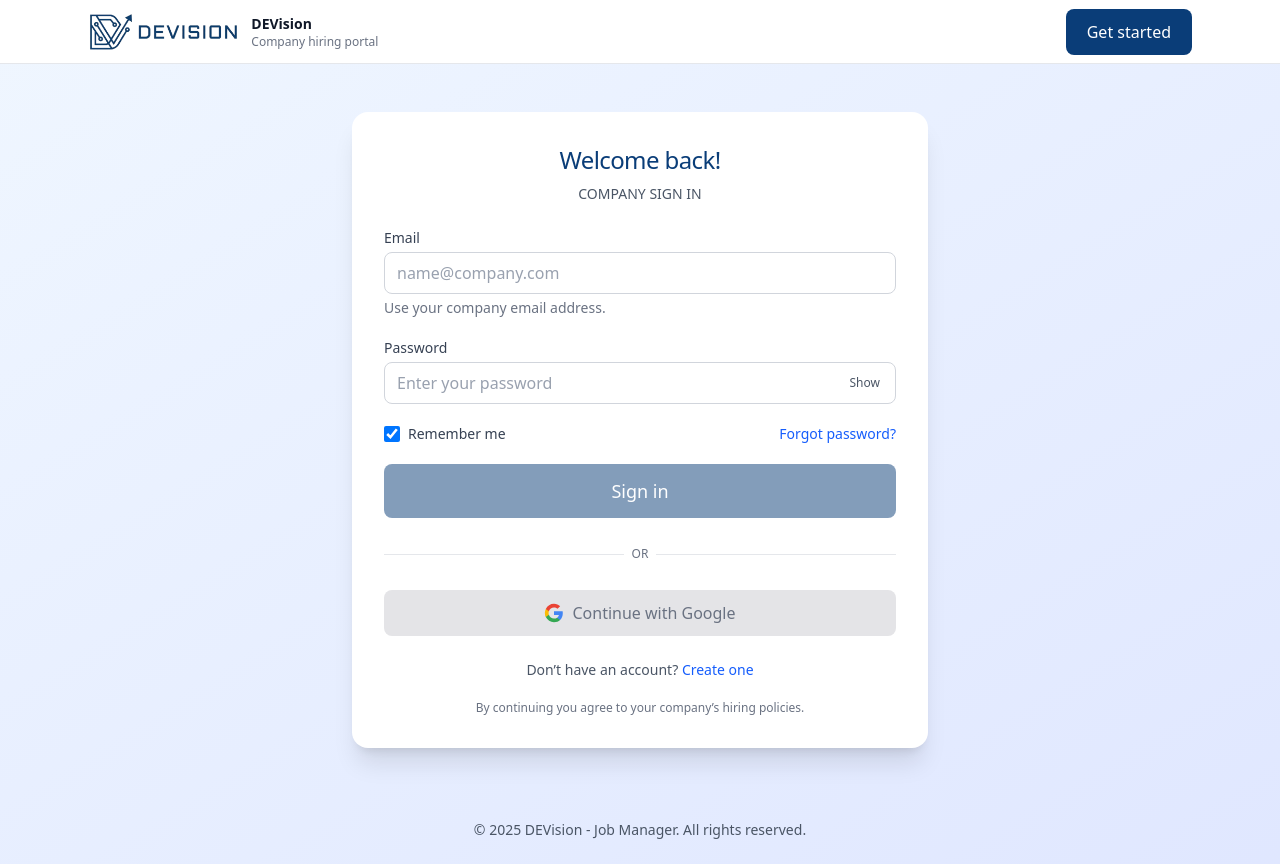
Repository: ISYS3461-2025C-Mulan-DEVision/JobManager_FE
Page: /login
These files come from the project's save history. The page is drawn as it stood at one moment and after the next save; the edit follows.
The browser window is 1280 px wide. The pictures show the whole page.
The page's requests for data from a server got no answer. The project was rebuilt for these pictures with package versions that can differ from the ones it lists, and the page was loaded fresh each time. No one was signed in, and anything a server would have sent is missing. Also part of the build but not shown: vite.config.js, src/components/ui/Card/Card.tsx, src/components/ui/Spinner/Spinner.tsx, src/components/ui/Alert/Alert.tsx, src/pages/Home.tsx, src/components/headless/Table/Table.tsx, src/components/headless/Modal/Modal.tsx, src/components/feature/Authentication/CompanySignup/CompanySignupForm.tsx and 4 more.

Above is the page before, as saved 2025-12-12 16:04:42.

### index.html
<!doctype html>
<html lang="en">
  <head>
    <meta charset="UTF-8" />
    <link rel="icon" type="image/svg+xml" href="/logo/logo-icon.png" />
    <meta name="viewport" content="width=device-width, initial-scale=1.0" />
    <title>jobmanager-fe</title>
  </head>
  <body>
    <div id="root"></div>
    <script type="module" src="/src/main.jsx"></script>
  </body>
</html>

### src/main.tsx
import React, { StrictMode } from "react";
import { createRoot } from "react-dom/client";
import "./index.css";
import { BrowserRouter } from "react-router-dom";
import App from "./App.js";
import { Provider } from "react-redux";
import store from "./store/index.js";

const container = document.getElementById("root")!;
if (!container) {
    throw new Error("Root container not found");
} else {
    createRoot(container).render(
        <StrictMode>
            <Provider store={store}>
                <BrowserRouter>
                    <App />
                </BrowserRouter>
            </Provider>
        </StrictMode>,
    );
}

### src/index.css
@import "tailwindcss";

@theme {
  --color-heading: #0A3D78;
  --color-dark-blue: #1E293B;
  --color-background: #F8FAFC;
  --color-filled-button: #0A3D78;
}

html,
body {
    height: 100%;
}

:root {
    font-family: system-ui, -apple-system, Segoe UI, Roboto, Helvetica, Arial, sans-serif;
    line-height: 1.5;
    font-weight: 400;
    font-synthesis: none;
    text-rendering: optimizeLegibility;
    -webkit-font-smoothing: antialiased;
    -moz-osx-font-smoothing: grayscale;
}

body {
    margin: 0;
    min-width: 320px;
    min-height: 100vh;
    background: var(--color-background-color);
    color: #0f172a;
}


/* button {
    border-radius: 8px;
    border: 1px solid transparent;
    padding: 0.6em 1.2em;
    font-size: 1em;
    font-weight: 500;
    font-family: inherit;
    background-color: #1a1a1a;
    cursor: pointer;
    transition: border-color 0.25s;
}
button:hover {
    border-color: #646cff;
}
button:focus,
button:focus-visible {
    outline: 4px auto -webkit-focus-ring-color;
} */

### src/App.tsx
import { Routes, Route } from "react-router-dom";
import Home from "./pages/Home";
import LoginPage from "./pages/LoginPage";
import RegistrationPage from "./pages/RegistrationPage";
import AppHeader from "./components/common/AppHeader";

function App() {
    return (
        <div className="min-h-screen bg-background">
            <AppHeader />
            <main>
                <Routes>
                    <Route path="/" element={<Home />} />
                    <Route path="/login" element={<LoginPage />} />
                    <Route path="/register" element={<RegistrationPage />} />
                </Routes>
            </main>
        </div>
    );
}

export default App;

### src/store/index.ts
import configureStore from "./configureStore";
const store = configureStore();
export default store;

### src/pages/LoginPage.tsx
import React from "react";
import { CompanyLogin } from "../components/feature/Authentication/CompanyLogin";
import AuthLayout from "../layout/AuthLayout";

export default function LoginPage() {
    return (
        <AuthLayout>
            <CompanyLogin />
        </AuthLayout>
    );
}

### src/store/configureStore.ts
import { createStore, applyMiddleware, Store } from "redux";
import { createLogger } from "redux-logger";
import createSagaMiddleware from "redux-saga";
import { enableBatching } from "redux-batched-actions";
import createReducer from "./reducers";
import rootSaga from "./saga";

const configureStore = (initialState = {}): Store => {
    const rootReducer = createReducer();
    const sagaMiddleware = createSagaMiddleware();

    const middlewares = [sagaMiddleware];

    const isDev = import.meta.env.VITE_NODE_ENV === "development";

    if (isDev) {
        const loggerMiddleware = createLogger({
            collapsed: () => true,
        });
        (middlewares as any[]).push(loggerMiddleware);
    }

    const store = createStore(
        enableBatching(rootReducer),
        initialState,
        applyMiddleware(...middlewares),
    );

    sagaMiddleware.run(rootSaga);

    return store;
};

export default configureStore;

### src/components/ui/index.ts
// UI Components - Presentational components with styling
export * from "./Button";
export * from "./Input";
export * from "./Card";
export * from "./Spinner";
export * from "./Alert";
export * from "./GoogleLogo";

### src/components/feature/Authentication/CompanyLogin/index.ts
export { CompanyLogin } from "./CompanyLogin";

### src/store/reducers.ts
import { combineReducers } from "redux";
import { reducers } from "../redux";
import _ from "lodash";

const appReducer = combineReducers(reducers);
export default function createReducer() {
    const rootReducer = (state, action) => {
        if (action.type === "FORCE_UPDATE_GLOBAL_STATE") {
            return appReducer(_.cloneDeep(action.payload), action as never);
        }
        return appReducer(state, action as never);
    };

    return rootReducer;
}

### src/store/saga.ts
import { all, fork } from "redux-saga/effects";
import { sagas } from "../redux";

export default function* rootSaga() {
    yield all([...Object.values(sagas)].map(fork));
}

### src/components/ui/Button/index.ts
export { Button } from "./Button";
export type { ButtonProps } from "./Button";

### src/components/ui/Input/index.ts
export { Input } from "./Input";
export type { InputProps } from "./Input";

### src/components/ui/Card/index.ts
export { Card, CardHeader, CardBody, CardFooter } from "./Card";
export type { CardProps } from "./Card";

### src/components/ui/Spinner/index.ts
export { Spinner } from "./Spinner";
export type { SpinnerProps } from "./Spinner";

### src/components/ui/Alert/index.ts
export { Alert } from "./Alert";
export type { AlertProps } from "./Alert";

### src/components/ui/GoogleLogo/index.ts
export { GoogleLogo } from "./GoogleLogo";
export type { GoogleLogoProps } from "./GoogleLogo";

### src/components/feature/Authentication/CompanyLogin/CompanyLogin.tsx
import React from "react";
import { HeadlessForm } from "@/components/headless";
import { CompanyLoginForm } from "./CompanyLoginForm";
import { useCompanyLogin } from "./hooks/useCompanyLogin";
import { LoginPayload } from "../api/AuthService";

// Validation function
const validateLoginForm = (values: LoginPayload) => {
    const errors: Partial<Record<keyof LoginPayload, string>> = {};

    if (!values.email) {
        errors.email = "Email is required";
    } else if (!/^[A-Z0-9._%+-]+@[A-Z0-9.-]+\.[A-Z]{2,}$/i.test(values.email)) {
        errors.email = "Invalid email address";
    }

    if (!values.password) {
        errors.password = "Password is required";
    } else if (values.password.length < 6) {
        errors.password = "Password must be at least 6 characters";
    }

    return errors;
};

export const CompanyLogin: React.FC = () => {
    const { login, isLoading, error, clearError } = useCompanyLogin();

    return (
        <HeadlessForm<LoginPayload>
            initialValues={{ email: "", password: "" }}
            onSubmit={login}
            validate={validateLoginForm}
        >
            {({ values, errors, touched, handleChange, handleBlur }) => (
                <CompanyLoginForm
                    values={values}
                    errors={errors}
                    touched={touched}
                    handleChange={handleChange}
                    handleBlur={handleBlur}
                    isLoading={isLoading}
                    error={error}
                    onDismissError={clearError}
                />
            )}
        </HeadlessForm>
    );
};

### src/redux/index.ts
const loadModules = (modules: Record<string, any>, hasDefault = false) =>
    Object.entries(modules).map(([path, mod]) => {
        const parts = path.split("/");
        return {
            name: parts.at(-1)!.replace(".js", "").toUpperCase(),
            key: parts.at(-2)!,
            data: hasDefault ? mod.default : mod,
        };
    });

const rawActions = loadModules(
    import.meta.glob("./**/actions.ts", { eager: true }),
    true,
);

const rawTypes = loadModules(
    import.meta.glob("./**/types.ts", { eager: true }),
    false,
);

const rawReducers = loadModules(
    import.meta.glob("./**/reducer.ts", { eager: true }),
    true,
);

const rawSagas = loadModules(
    import.meta.glob("./**/saga.ts", { eager: true }),
    false,
);

// Final exports
export const actions = rawActions.reduce((p, e) => ({ ...p, ...e.data }), {});
export const types = rawTypes.reduce((p, e) => ({ ...p, ...e.data }), {});
export const reducers = rawReducers.reduce(
    (p, e) => ({ ...p, [e.key]: e.data }),
    {},
);
export const sagas = rawSagas.reduce((p, e) => ({ ...p, ...e.data }), {});

### src/components/ui/GoogleLogo/GoogleLogo.tsx
import React from "react";
import clsx from "clsx";

export interface GoogleLogoProps {
    size?: "sm" | "md" | "lg";
    className?: string;
}

export const GoogleLogo: React.FC<GoogleLogoProps> = ({
    size = "md",
    className,
}) => {
    const sizeClasses = {
        sm: "w-4 h-4",
        md: "w-5 h-5",
        lg: "w-6 h-6",
    };

    return (
        <svg
            className={clsx(sizeClasses[size], className)}
            viewBox="0 0 24 24"
            xmlns="http://www.w3.org/2000/svg"
        >
            <path
                d="M22.56 12.25c0-.78-.07-1.53-.2-2.25H12v4.26h5.92c-.26 1.37-1.04 2.53-2.21 3.31v2.77h3.57c2.08-1.92 3.28-4.74 3.28-8.09z"
                fill="#4285F4"
            />
            <path
                d="M12 23c2.97 0 5.46-.98 7.28-2.66l-3.57-2.77c-.98.66-2.23 1.06-3.71 1.06-2.86 0-5.29-1.93-6.16-4.53H2.18v2.84C3.99 20.53 7.7 23 12 23z"
                fill="#34A853"
            />
            <path
                d="M5.84 14.09c-.22-.66-.35-1.36-.35-2.09s.13-1.43.35-2.09V7.07H2.18C1.43 8.55 1 10.22 1 12s.43 3.45 1.18 4.93l2.85-2.22.81-.62z"
                fill="#FBBC05"
            />
            <path
                d="M12 5.38c1.62 0 3.06.56 4.21 1.64l3.15-3.15C17.45 2.09 14.97 1 12 1 7.7 1 3.99 3.47 2.18 7.07l3.66 2.84c.87-2.6 3.3-4.53 6.16-4.53z"
                fill="#EA4335"
            />
        </svg>
    );
};

### src/components/headless/index.ts
// Headless Components - Logic without UI
export { HeadlessForm } from "./Form";
export { HeadlessTable } from "./Table";
export { useTable } from "./Table/useTable";
export { HeadlessModal } from "./Modal";

// Types
export * from "./types";
export type { TableColumn } from "./Table/useTable";

### src/components/feature/Authentication/CompanyLogin/CompanyLoginForm.tsx
import React from "react";
import { Link } from "react-router-dom";
import { Input, Button, Alert, GoogleLogo } from "@/components/ui";
import { LoginPayload } from "../api/AuthService";

interface CompanyLoginFormProps {
    values: LoginPayload;
    errors: Partial<Record<keyof LoginPayload, string>>;
    touched: Partial<Record<keyof LoginPayload, boolean>>;
    handleChange: (e: React.ChangeEvent<HTMLInputElement>) => void;
    handleBlur: (field: keyof LoginPayload) => void;
    isLoading: boolean;
    error: string | null;
    onDismissError?: () => void;
}

export const CompanyLoginForm: React.FC<CompanyLoginFormProps> = ({
    values,
    errors,
    touched,
    handleChange,
    handleBlur,
    isLoading,
    error,
    onDismissError,
}) => {
    const [showPassword, setShowPassword] = React.useState(false);
    const [capsLockOn, setCapsLockOn] = React.useState(false);
    const [rememberMe, setRememberMe] = React.useState(true);
    const [showResetHint, setShowResetHint] = React.useState(false);

    const apiBase = import.meta.env.VITE_API_URL ?? "";

    return (
        <div className="w-full">
            <div className="text-center">
                <h2 className="text-2xl tracking-tight text-heading">Welcome back!</h2>
                <p className="mt-2 text-sm text-gray-600">COMPANY SIGN IN</p>
            </div>

            {error && (
                <Alert type="error" className="mt-6" onClose={onDismissError} title="Sign-in failed">
                    {error}
                </Alert>
            )}

            {showResetHint && (
                <Alert type="info" className="mt-4" onClose={() => setShowResetHint(false)} title="Password reset">
                    Password reset isn’t implemented yet.
                </Alert>
            )}

            <div className="mt-6 space-y-5">
                <Input
                    label="Email"
                    id="email"
                    name="email"
                    type="email"
                    autoComplete="email"
                    required
                    placeholder="name@company.com"
                    value={values.email}
                    onChange={handleChange}
                    onBlur={() => handleBlur("email")}
                    error={touched.email ? errors.email : undefined}
                    helperText={!touched.email ? "Use your company email address." : undefined}
                    fullWidth
                />

                <Input
                    label="Password"
                    id="password"
                    name="password"
                    type={showPassword ? "text" : "password"}
                    autoComplete="current-password"
                    required
                    placeholder="Enter your password"
                    value={values.password}
                    onChange={handleChange}
                    onBlur={() => handleBlur("password")}
                    onKeyUp={(e) => setCapsLockOn((e as any).getModifierState?.("CapsLock") ?? false)}
                    error={touched.password ? errors.password : undefined}
                    helperText={capsLockOn ? "Caps Lock is on." : undefined}
                    endAdornment={
                        <button
                            type="button"
                            onClick={() => setShowPassword((s) => !s)}
                            className="rounded-md px-2 py-1 text-xs font-medium text-gray-600 hover:bg-gray-100"
                            aria-label={showPassword ? "Hide password" : "Show password"}
                        >
                            {showPassword ? "Hide" : "Show"}
                        </button>
                    }
                    fullWidth
                />

                <div className="flex items-center justify-between">
                    <label className="flex items-center gap-2 text-sm text-gray-700">
                        <input
                            type="checkbox"
                            checked={rememberMe}
                            onChange={(e) => setRememberMe(e.target.checked)}
                            className="h-4 w-4 rounded border-gray-300 text-blue-600 focus:ring-blue-500"
                        />
                        Remember me
                    </label>

                    <button
                        type="button"
                        className="text-sm font-medium text-blue-600 hover:text-blue-500"
                        onClick={() => {
                            setShowResetHint(true);
                        }}
                    >
                        Forgot password?
                    </button>
                </div>

                <Button
                    type="submit"
                    variant="primary"
                    size="lg"
                    fullWidth
                    isLoading={isLoading}
                    disabled={!values.email || !values.password}
                >
                    Sign in
                </Button>

                <div className="relative py-2">
                    <div className="absolute inset-0 flex items-center" aria-hidden="true">
                        <div className="w-full border-t border-gray-200" />
                    </div>
                    <div className="relative flex justify-center">
                        <span className="bg-white px-2 text-xs font-medium text-gray-500">OR</span>
                    </div>
                </div>

                <Button
                    type="button"
                    variant="secondary"
                    onClick={() => {
                        const target = `${apiBase}/auth/google`;
                        window.location.href = target;
                    }}
                    className="w-full inline-flex items-center justify-center"
                >
                    <GoogleLogo className="mr-2" />
                    Continue with Google
                </Button>

                <p className="pt-1 text-center text-sm text-gray-600">
                    Don’t have an account?{" "}
                    <Link to="/register" className="font-medium text-blue-600 hover:text-blue-500">
                        Create one
                    </Link>
                </p>

                <p className="text-center text-xs text-gray-500">
                    By continuing you agree to your company’s hiring policies.
                </p>
            </div>
        </div>
    );
};

### src/components/feature/Authentication/CompanyLogin/hooks/useCompanyLogin.ts
import { useState } from "react";
import AuthService, { LoginPayload } from "../../api/AuthService";

export const useCompanyLogin = () => {
    const [isLoading, setIsLoading] = useState(false);
    const [error, setError] = useState<string | null>(null);

    const clearError = () => setError(null);

    const login = async (formData: LoginPayload) => {
        setIsLoading(true);
        setError(null);

        try {
            await AuthService.loginCompany(formData);
            // Handle success (e.g., redirect, store token)
            console.log("Login successful");
        } catch (err) {
            setError("Failed to login. Please check your credentials.");
            console.error(err);
        } finally {
            setIsLoading(false);
        }
    };

    return {
        login,
        isLoading,
        error,
        clearError,
    };
};

### src/redux/app/actions.ts
import * as types from "./type";

const setLoading = (payload: boolean) => ({ type: types.SET_LOADING, payload });
const setError = (payload: string | null) => ({
    type: types.SET_ERROR,
    payload,
});
const setInitialized = (payload: boolean) => ({
    type: types.SET_INITIALIZED,
    payload,
});
const reset = () => ({ type: types.RESET });

const toggleLoadingAsync = (payload: boolean) => ({
    type: types.TOGGLE_LOADING_ASYNC,
    payload,
});

export default {
    setLoading,
    setError,
    setInitialized,
    reset,
    toggleLoadingAsync,
};

### src/redux/app/reducer.ts
import * as types from "./type";
export interface AppState {
    loading: boolean;
    error: string | null;
    initialized?: boolean;
    test: string;
}

const INITIAL_STATE: AppState = {
    loading: true,
    error: null,
    initialized: false,
    test: "test",
};

type Action = { type: string; payload?: any };

export default function appReducer(
    state: AppState = INITIAL_STATE,
    action: Action,
): AppState {
    switch (action.type) {
        case types.SET_LOADING:
            return { ...state, loading: !!action.payload };
        case types.SET_ERROR:
            return { ...state, error: action.payload ?? null, loading: false };
        case types.SET_INITIALIZED:
            return { ...state, initialized: !!action.payload };
        case types.RESET:
            return { ...INITIAL_STATE };
        default:
            return state;
    }
}

### src/redux/app/saga.ts
import { takeEvery, put, delay } from "redux-saga/effects";
import * as types from "./type";
import actions from "./actions";

function* handleToggleLoading(action: any) {
    yield delay(300);
    yield put(actions.setLoading(action.payload));
}

export function* watchToggleLoading() {
    yield takeEvery(types.TOGGLE_LOADING_ASYNC, handleToggleLoading);
}

### src/components/headless/Form/index.ts
export { HeadlessForm } from "./Form";

### src/components/headless/Table/index.ts
export { HeadlessTable } from "./Table";
export { useTable } from "./useTable";
export type { TableColumn } from "./useTable";

### src/components/headless/Modal/index.ts
export { HeadlessModal } from "./Modal";

### src/components/feature/Authentication/api/AuthService.ts
// import { HttpClient } from "../../../../services/httpClient";

export interface LoginPayload {
    email: string;
    password: string;
}

export interface SignupPayload {
    companyName: string;
    email: string;
    password: string;
    confirmPassword: string;
}

export const loginCompany = async (payload: LoginPayload) => {
    // Replace with actual API endpoint
    // return HttpClient.post('/auth/company/login', payload);

    // Mock implementation for now
    console.log("Logging in company with:", payload);
    return new Promise((resolve) => {
        setTimeout(
            () =>
                resolve({
                    token: "mock-token",
                    user: { name: "Company Admin" },
                }),
            1000,
        );
    });
};

export const signupCompany = async (payload: SignupPayload) => {
    // Replace with actual API endpoint
    // return HttpClient.post('/auth/company/signup', payload);

    // Mock implementation for now
    console.log("Signing up company with:", payload);
    return new Promise((resolve) => {
        setTimeout(
            () =>
                resolve({
                    token: "mock-token",
                    user: { name: payload.companyName },
                }),
            1000,
        );
    });
};

const AuthService = {
    loginCompany,
    signupCompany,
};

export default AuthService;

### src/redux/app/type.ts
const prefix = "APP/";

export const SET_LOADING = `${prefix}SET_LOADING`;
export const SET_ERROR = `${prefix}SET_ERROR`;
export const SET_INITIALIZED = `${prefix}SET_INITIALIZED`;
export const RESET = `${prefix}RESET`;

// test async action
export const TOGGLE_LOADING_ASYNC = `${prefix}TOGGLE_LOADING_ASYNC`;

Loaded but not shown: src/components/ui/Button/Button.tsx (81 lines, source omitted); src/components/headless/Form/Form.tsx (93 lines, source omitted); src/components/ui/Input/Input.tsx (62 lines, source omitted); src/components/headless/types.ts (71 lines, source omitted); src/components/headless/Table/useTable.ts (76 lines, source omitted); src/layout/AuthLayout.tsx (41 lines, source omitted); src/components/common/AppHeader.tsx (43 lines, source omitted)

After the next save:
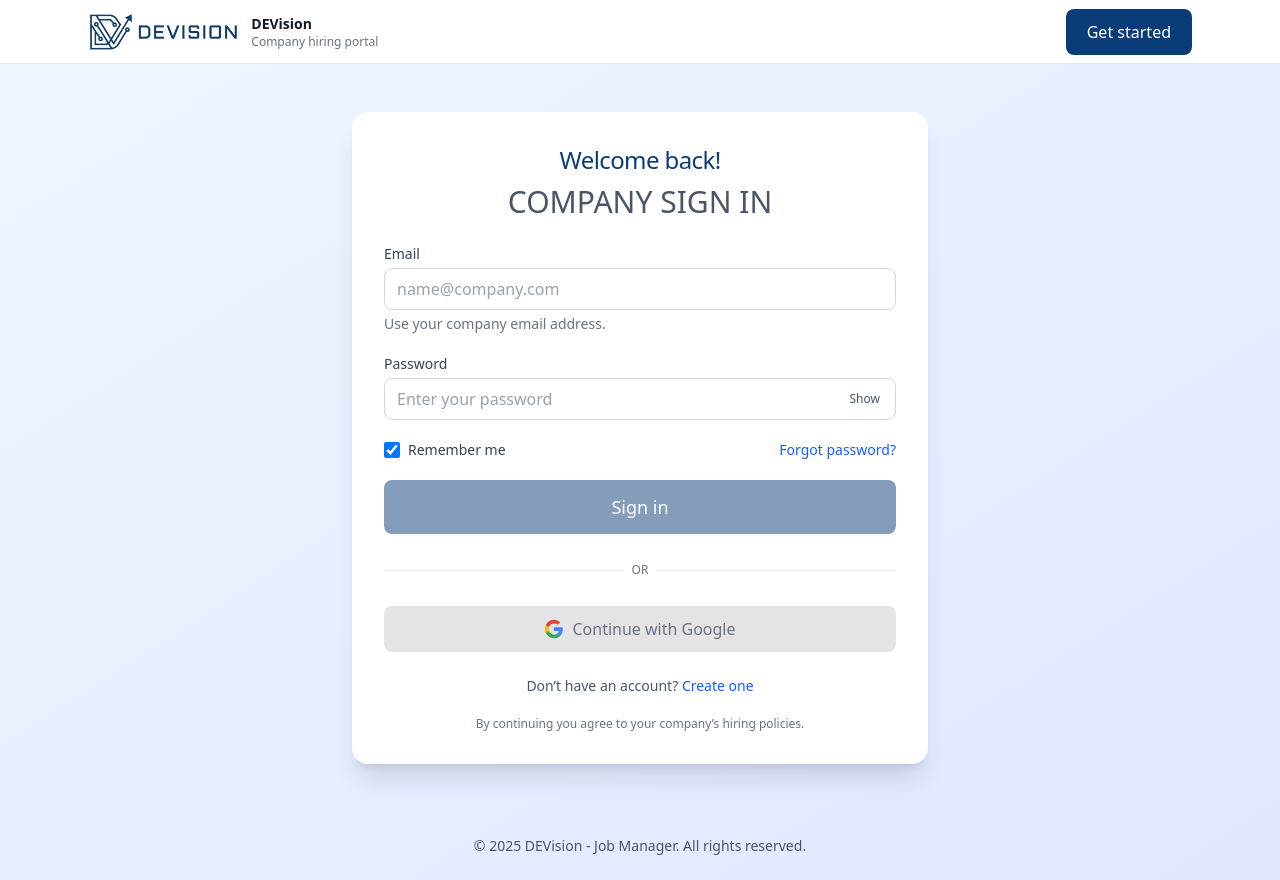
Saved 12 s later.
--- a/src/components/feature/Authentication/CompanyLogin/CompanyLoginForm.tsx
+++ b/src/components/feature/Authentication/CompanyLogin/CompanyLoginForm.tsx
@@ -35,7 +35,7 @@
         <div className="w-full">
             <div className="text-center">
                 <h2 className="text-2xl tracking-tight text-heading">Welcome back!</h2>
-                <p className="mt-2 text-sm text-gray-600">COMPANY SIGN IN</p>
+                <p className="mt-2 text-3xl text-gray-600">COMPANY SIGN IN</p>
             </div>
 
             {error && (
